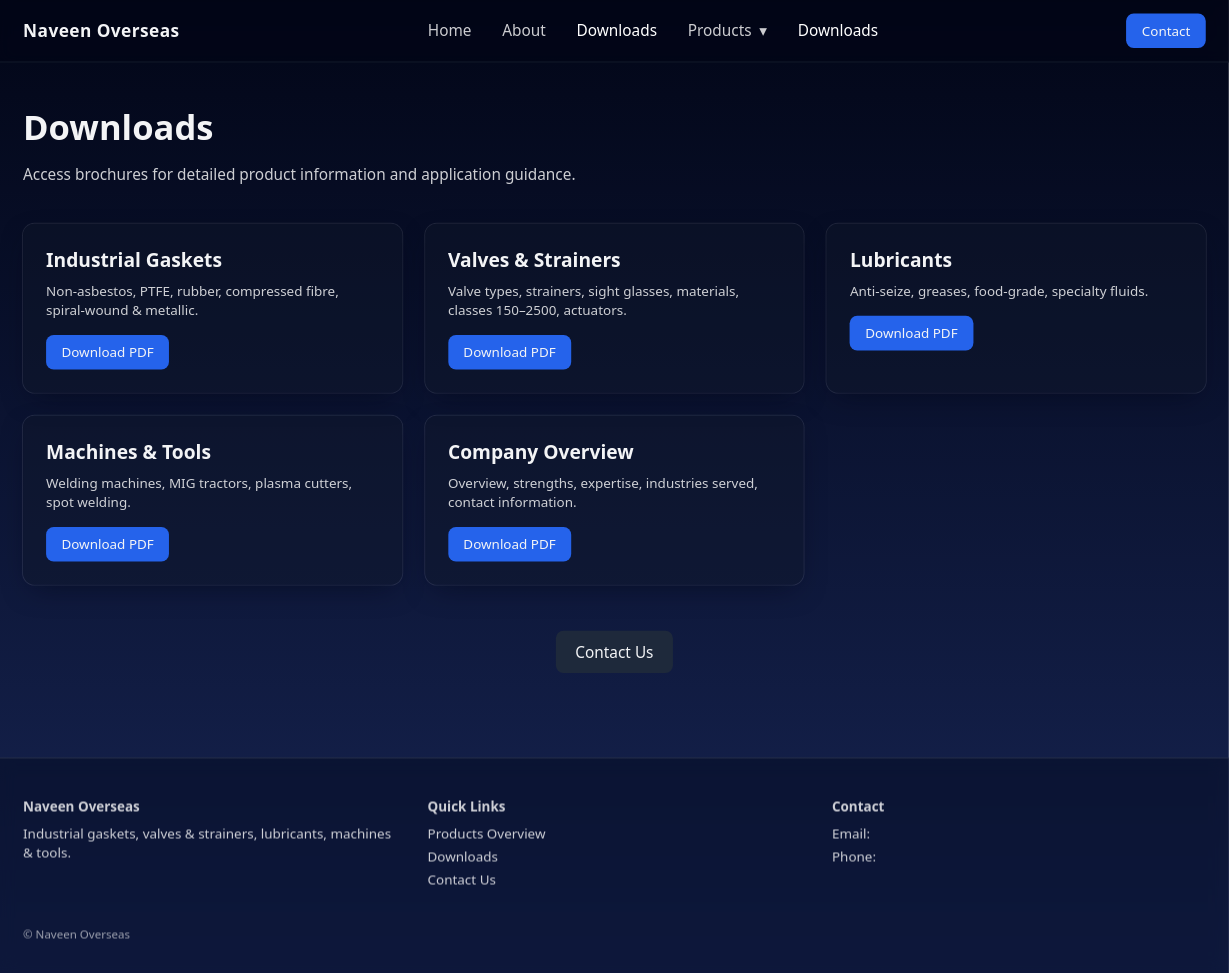
Repository: krish634-ai/overs
Page: /downloads
An editor plug-in stored every save of this project. The page is shown before and after the next save, followed by the edit.
The browser window is 1280 px wide. The pictures show the whole page, at 96% of full size.
The project was rebuilt for these pictures with package versions that can differ from the ones it lists, and the page was loaded fresh each time. Also part of the build but not shown: vite.config.js, src/ui/icons/GasketIcon.jsx, src/ui/icons/ValveIcon.jsx, src/ui/icons/LubricantIcon.jsx, src/ui/icons/ToolsIcon.jsx, src/ui/LinkButton.jsx, src/sections/Home/Hero.jsx, src/ui/Card.jsx and 18 more.

Above is the page before, as saved 2025-11-19 14:29:07.

After the next save:
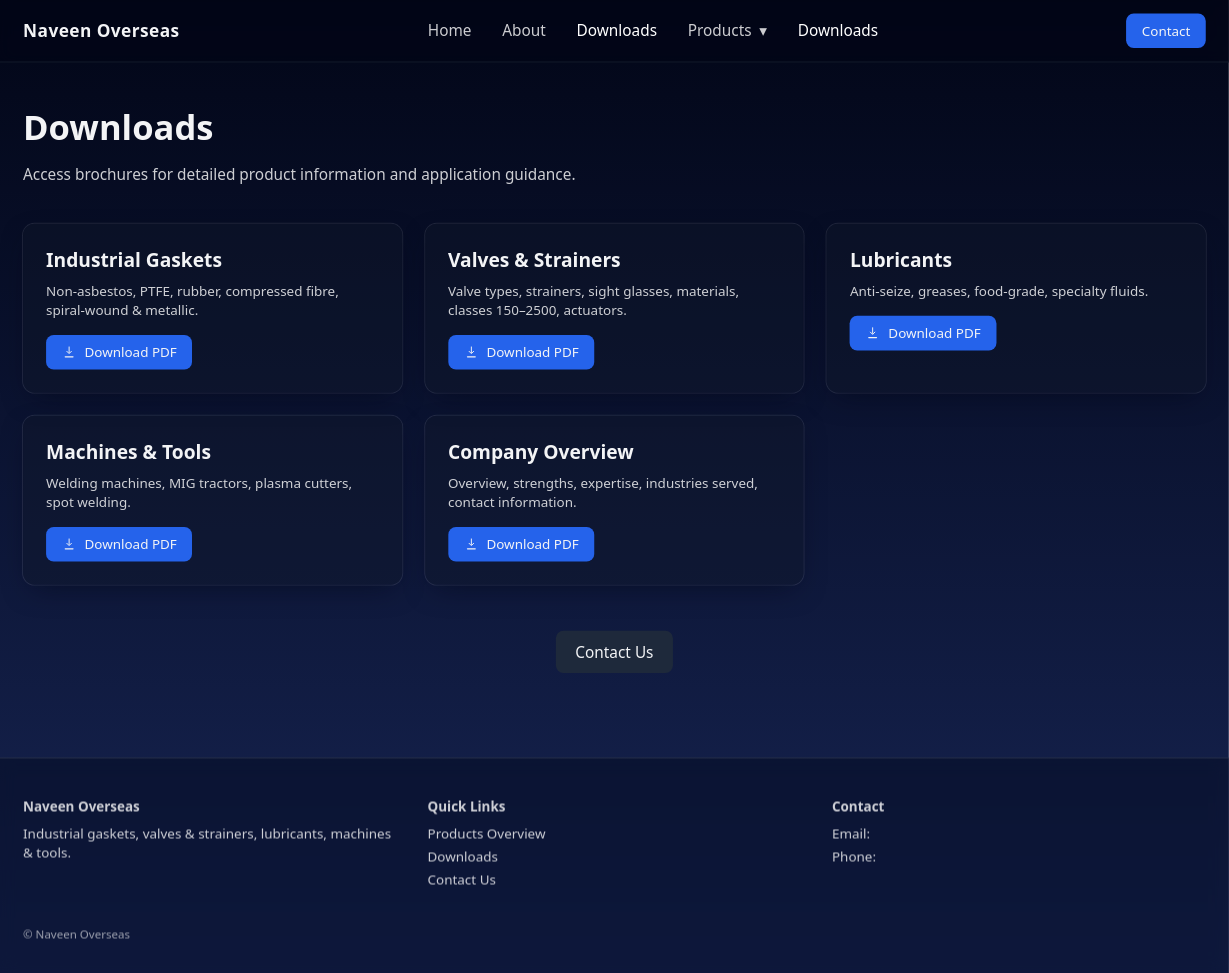
Saved 4 s later.
--- a/src/pages/Downloads.jsx
+++ b/src/pages/Downloads.jsx
@@ -1,3 +1,5 @@
+import DownloadIcon from '../ui/icons/DownloadIcon.jsx'
+
 export default function Downloads() {
   return (
     <main className="container mx-auto px-6 py-12">
@@ -7,27 +9,27 @@ export default function Downloads() {
         <a href="/downloads/industrial-gaskets.pdf" className="block rounded-xl bg-slate-900/40 ring-1 ring-white/10 p-6 hover:bg-slate-800/60 transition shadow-soft">
           <h2 className="text-xl font-semibold">Industrial Gaskets</h2>
           <p className="mt-2 text-sm text-white/80">Non-asbestos, PTFE, rubber, compressed fibre, spiral-wound &amp; metallic.</p>
-          <span className="mt-4 inline-flex rounded-lg bg-blue-600 px-4 py-2 text-sm font-medium">Download PDF</span>
+          <span className="mt-4 inline-flex items-center gap-2 rounded-lg bg-blue-600 px-4 py-2 text-sm font-medium"><DownloadIcon /> Download PDF</span>
         </a>
         <a href="/downloads/valves-strainers.pdf" className="block rounded-xl bg-slate-900/40 ring-1 ring-white/10 p-6 hover:bg-slate-800/60 transition shadow-soft">
           <h2 className="text-xl font-semibold">Valves &amp; Strainers</h2>
           <p className="mt-2 text-sm text-white/80">Valve types, strainers, sight glasses, materials, classes 150–2500, actuators.</p>
-          <span className="mt-4 inline-flex rounded-lg bg-blue-600 px-4 py-2 text-sm font-medium">Download PDF</span>
+          <span className="mt-4 inline-flex items-center gap-2 rounded-lg bg-blue-600 px-4 py-2 text-sm font-medium"><DownloadIcon /> Download PDF</span>
         </a>
         <a href="/downloads/lubricants.pdf" className="block rounded-xl bg-slate-900/40 ring-1 ring-white/10 p-6 hover:bg-slate-800/60 transition shadow-soft">
           <h2 className="text-xl font-semibold">Lubricants</h2>
           <p className="mt-2 text-sm text-white/80">Anti-seize, greases, food-grade, specialty fluids.</p>
-          <span className="mt-4 inline-flex rounded-lg bg-blue-600 px-4 py-2 text-sm font-medium">Download PDF</span>
+          <span className="mt-4 inline-flex items-center gap-2 rounded-lg bg-blue-600 px-4 py-2 text-sm font-medium"><DownloadIcon /> Download PDF</span>
         </a>
         <a href="/downloads/machines-tools.pdf" className="block rounded-xl bg-slate-900/40 ring-1 ring-white/10 p-6 hover:bg-slate-800/60 transition shadow-soft">
           <h2 className="text-xl font-semibold">Machines &amp; Tools</h2>
           <p className="mt-2 text-sm text-white/80">Welding machines, MIG tractors, plasma cutters, spot welding.</p>
-          <span className="mt-4 inline-flex rounded-lg bg-blue-600 px-4 py-2 text-sm font-medium">Download PDF</span>
+          <span className="mt-4 inline-flex items-center gap-2 rounded-lg bg-blue-600 px-4 py-2 text-sm font-medium"><DownloadIcon /> Download PDF</span>
         </a>
         <a href="/downloads/company-overview.pdf" className="block rounded-xl bg-slate-900/40 ring-1 ring-white/10 p-6 hover:bg-slate-800/60 transition shadow-soft">
           <h2 className="text-xl font-semibold">Company Overview</h2>
           <p className="mt-2 text-sm text-white/80">Overview, strengths, expertise, industries served, contact information.</p>
-          <span className="mt-4 inline-flex rounded-lg bg-blue-600 px-4 py-2 text-sm font-medium">Download PDF</span>
+          <span className="mt-4 inline-flex items-center gap-2 rounded-lg bg-blue-600 px-4 py-2 text-sm font-medium"><DownloadIcon /> Download PDF</span>
         </a>
       </section>
       <section className="mt-12 text-center">
